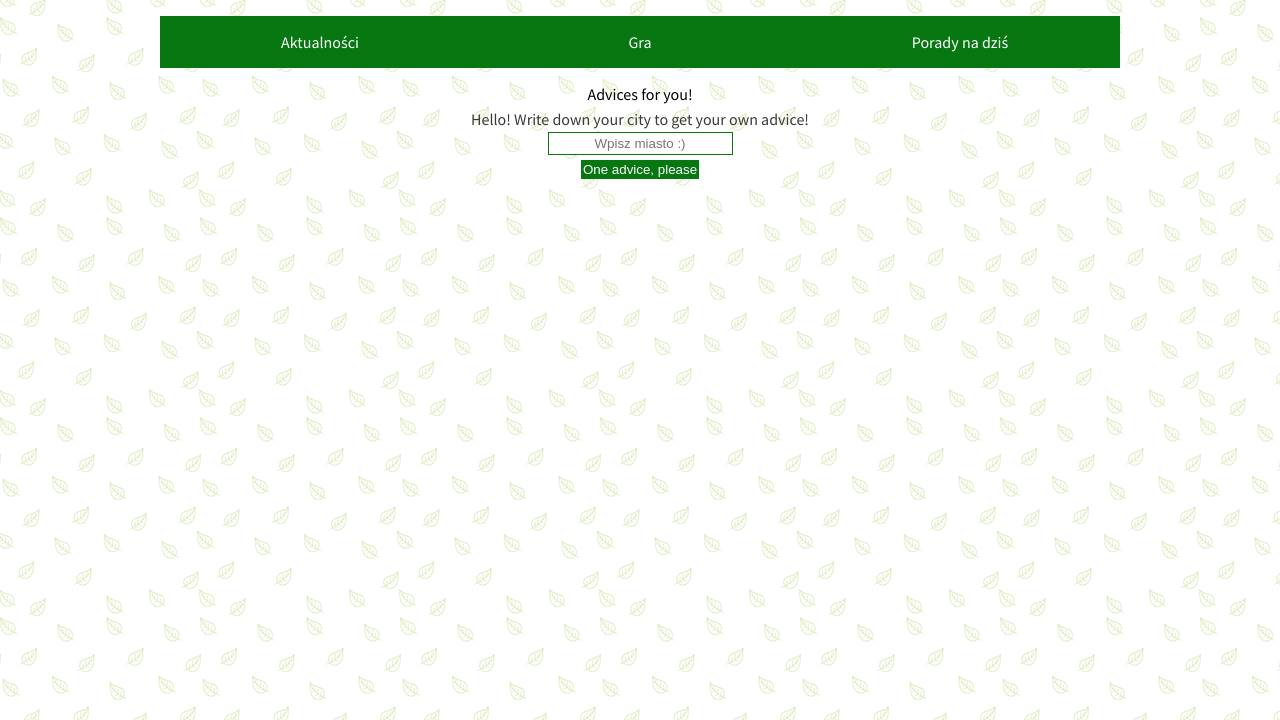
Repository: Karina-00/hackyea
Page: hackyea-master/frontend/pogoda/advice.html
An editor plug-in stored every save of this project. The page is shown before and after the next save, followed by the edit.
The browser window is 1280 px wide. The pictures show the whole page.

Above is the page before, as saved 2019-09-15 13:43:36.

After the next save:
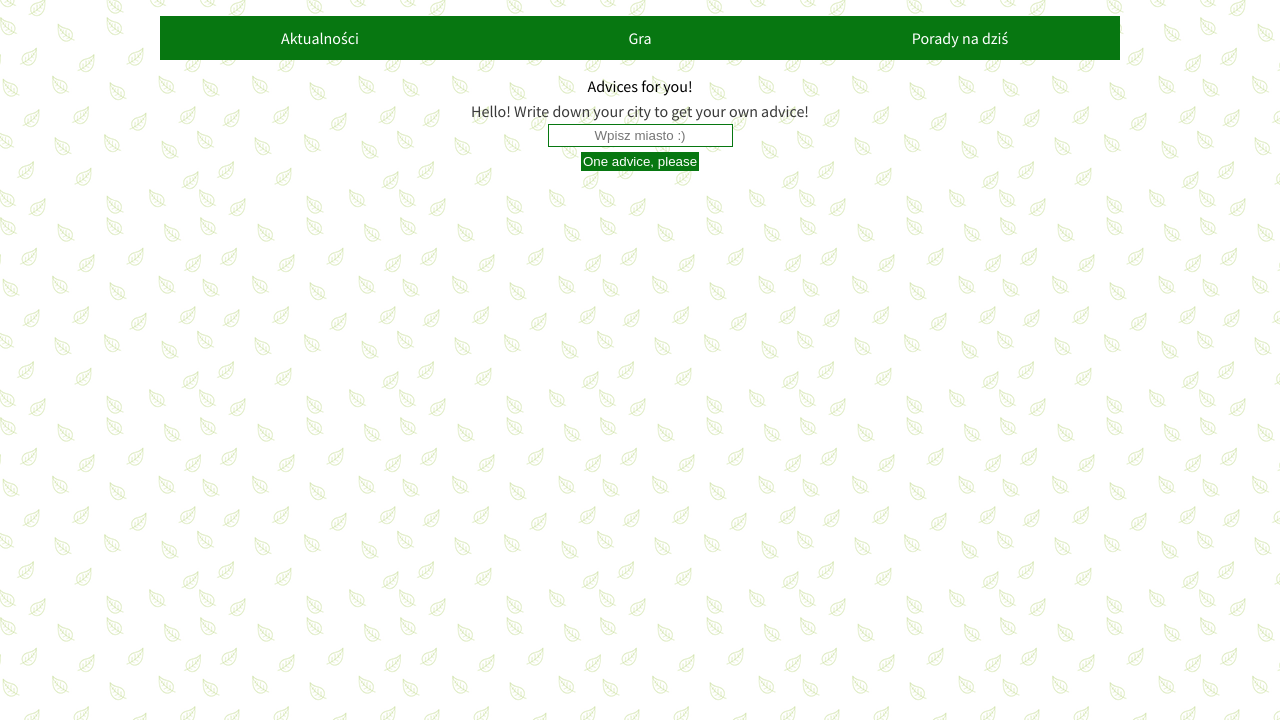
Saved 13 s later.
--- a/hackyea-master/frontend/index/artykuly.css
+++ b/hackyea-master/frontend/index/artykuly.css
@@ -25,7 +25,7 @@ body{
    color: #fff;
    font-size: 16px;
    display: block;
-   padding: 16px;
+   padding: 12px;
  }
 
  nav a:hover{
